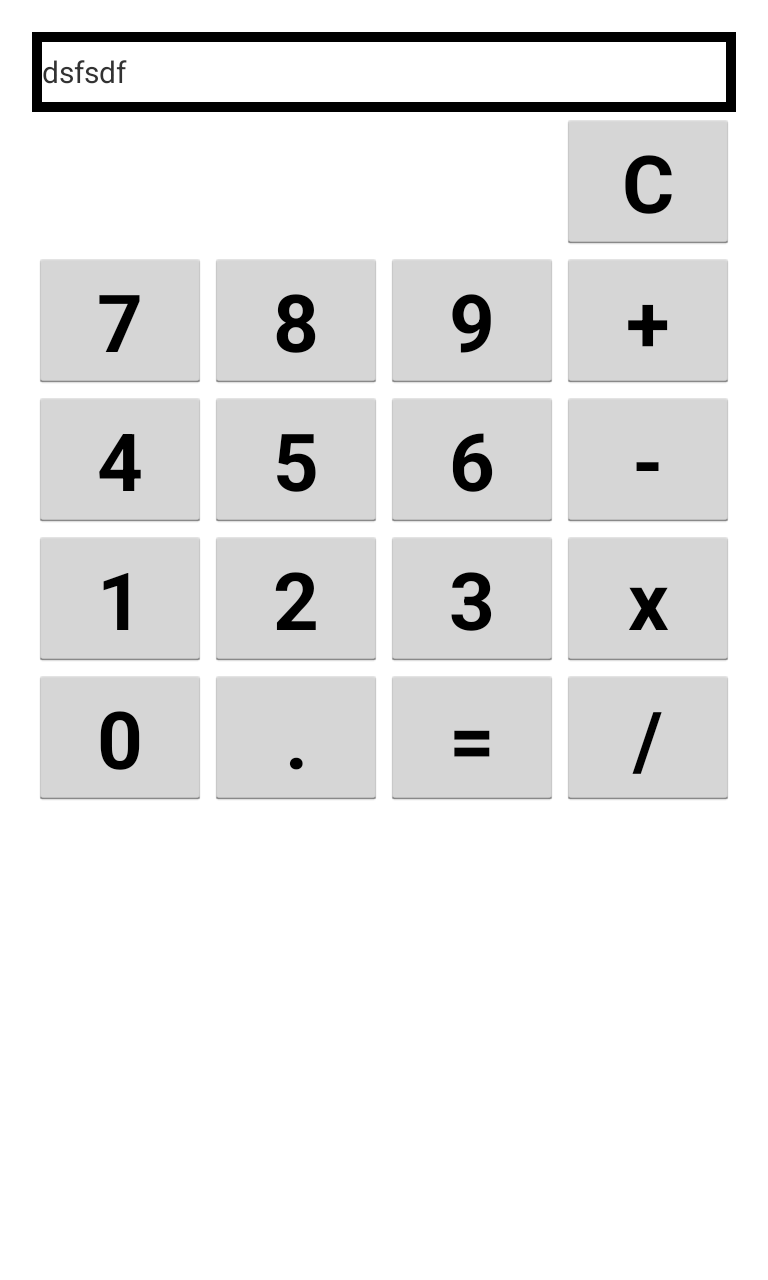
Repository: G3rcar/Android-I
Layout: SimpleCalculator/res/layout/activity_main.xml
The author's editor kept a copy of each file at every save. The layout is drawn from the files as they stood at one save, then again after a run of saves.
It is drawn on a 768 x 1280 px phone screen (xhdpi) without system bars, with theme AppTheme; the app's code is not run.

Above is the layout before, as saved 2013-11-08 21:43:11.

### SimpleCalculator/res/layout/activity_main.xml
<ScrollView xmlns:android="http://schemas.android.com/apk/res/android"
    xmlns:tools="http://schemas.android.com/tools"
    android:id="@+id/ScrollView1"
    android:layout_width="match_parent"
    android:layout_height="wrap_content"
    android:paddingBottom="@dimen/activity_vertical_margin"
    android:paddingLeft="@dimen/activity_horizontal_margin"
    android:paddingRight="@dimen/activity_horizontal_margin"
    android:paddingTop="@dimen/activity_vertical_margin" >



    <LinearLayout
        android:layout_width="match_parent"
        android:layout_height="wrap_content"
        android:orientation="vertical" >

          <TextView
              android:id="@+id/txvOperaciones"
              android:layout_width="match_parent"
              android:layout_height="40dp"
              style="@style/operacionesTexto"
              android:text="dsfsdf" />

          <LinearLayout
              android:layout_width="match_parent"
              android:layout_height="wrap_content" >

              <TextView
                  android:id="@+id/txvResultado"
                  style="@style/resultadoNumero"
                  android:layout_width="0dp"
                  android:layout_height="match_parent"
                  android:layout_weight="3" />

              <Button
                  android:id="@+id/button1"
                  style="@style/botonNumero"
                  android:layout_width="0dp"
                  android:layout_height="wrap_content"
                  android:layout_weight="1"
                  android:text="@string/lblClear" />

          </LinearLayout>

          <LinearLayout
              android:layout_width="match_parent"
              android:layout_height="match_parent" >

              <Button
                  android:id="@+id/btnSiete"
                  style="@style/botonNumero"
                  android:layout_width="0dp"
                  android:layout_height="wrap_content"
                  android:layout_weight="1"
                  android:text="@string/lblNumSiete" />

              <Button
                  android:id="@+id/btnOcho"
                  style="@style/botonNumero"
                  android:layout_width="0dp"
                  android:layout_height="wrap_content"
                  android:layout_weight="1"
                  android:text="@string/lblNumOcho" />

              <Button
                  android:id="@+id/btnNueve"
                  style="@style/botonNumero"
                  android:layout_width="0dp"
                  android:layout_height="wrap_content"
                  android:layout_weight="1"
                  android:text="@string/lblNumNueve" />

              <Button
                  android:id="@+id/btnMas"
                  style="@style/botonNumero"
                  android:layout_width="0dp"
                  android:layout_height="wrap_content"
                  android:layout_weight="1"
                  android:text="@string/lblMas" />

          </LinearLayout>

          <LinearLayout
              android:layout_width="match_parent"
              android:layout_height="match_parent" >

              <Button
                  android:id="@+id/btnCuatro"
                  style="@style/botonNumero"
                  android:layout_width="0dp"
                  android:layout_height="wrap_content"
                  android:layout_weight="1"
                  android:text="@string/lblNumCuatro" />

              <Button
                  android:id="@+id/btnCinco"
                  style="@style/botonNumero"
                  android:layout_width="0dp"
                  android:layout_height="wrap_content"
                  android:layout_weight="1"
                  android:text="@string/lblNumCinco" />

              <Button
                  android:id="@+id/btnSeis"
                  style="@style/botonNumero"
                  android:layout_width="0dp"
                  android:layout_height="wrap_content"
                  android:layout_weight="1"
                  android:text="@string/lblNumSeis" />

              <Button
                  android:id="@+id/btnMenos"
                  style="@style/botonNumero"
                  android:layout_width="0dp"
                  android:layout_height="wrap_content"
                  android:layout_weight="1"
                  android:text="@string/lblMenos" />

          </LinearLayout>

          <LinearLayout
              android:layout_width="match_parent"
              android:layout_height="match_parent" >

              <Button
                  android:id="@+id/btnUno"
                  style="@style/botonNumero"
                  android:layout_width="0dp"
                  android:layout_height="wrap_content"
                  android:layout_weight="1"
                  android:text="@string/lblNumUno" />

              <Button
                  android:id="@+id/btnDos"
                  style="@style/botonNumero"
                  android:layout_width="0dp"
                  android:layout_height="wrap_content"
                  android:layout_weight="1"
                  android:text="@string/lblNumDos" />

              <Button
                  android:id="@+id/btnTres"
                  style="@style/botonNumero"
                  android:layout_width="0dp"
                  android:layout_height="wrap_content"
                  android:layout_weight="1"
                  android:text="@string/lblNumTres" />

              <Button
                  android:id="@+id/btnMultiplicacion"
                  style="@style/botonNumero"
                  android:layout_width="0dp"
                  android:layout_height="wrap_content"
                  android:layout_weight="1"
                  android:text="@string/lblMultiplicacion" />

          </LinearLayout>

          <LinearLayout
              android:layout_width="match_parent"
              android:layout_height="match_parent" >

              <Button
                  android:id="@+id/btnCero"
                  style="@style/botonNumero"
                  android:layout_width="0dp"
                  android:layout_height="wrap_content"
                  android:layout_weight="1"
                  android:text="@string/lblNumCero" />

              <Button
                  android:id="@+id/btnPunto"
                  style="@style/botonNumero"
                  android:layout_width="0dp"
                  android:layout_height="wrap_content"
                  android:layout_weight="1"
                  android:text="@string/lblPunto" />

              <Button
                  android:id="@+id/btnIgual"
                  style="@style/botonNumero"
                  android:layout_width="0dp"
                  android:layout_height="wrap_content"
                  android:layout_weight="1"
                  android:text="@string/lblIgual" />

              <Button
                  android:id="@+id/btnDivision"
                  style="@style/botonNumero"
                  android:layout_width="0dp"
                  android:layout_height="wrap_content"
                  android:layout_weight="1"
                  android:text="@string/lblDivision" />

          </LinearLayout>

    </LinearLayout>

</ScrollView>

### SimpleCalculator/res/values/styles.xml
<resources xmlns:android="http://schemas.android.com/apk/res/android">

    <!--
        Base application theme, dependent on API level. This theme is replaced
        by AppBaseTheme from res/values-vXX/styles.xml on newer devices.
    -->
    <style name="AppBaseTheme" parent="android:Theme.Light">
        <!--
            Theme customizations available in newer API levels can go in
            res/values-vXX/styles.xml, while customizations related to
            backward-compatibility can go here.
        -->
    </style>

    <!-- Application theme. -->
    <style name="AppTheme" parent="AppBaseTheme">
        <!-- All customizations that are NOT specific to a particular API-level can go here. -->
    </style>
    <style name="botonNumero">
        <item name="android:textSize">40sp</item>
        <item name="android:textStyle">bold</item>
    </style>

    <style name="resultadoNumero">
        <item name="android:textSize">35sp</item>
        <item name="android:gravity">right|center</item>
        <item name="android:paddingRight">5dp</item>
    </style>
    <style name="operacionesTexto">
        <item name="android:textSize">15sp</item>
        <item name="android:gravity">left|center</item>
        <item name="android:paddingLeft">5dp</item>
        <item name="android:background">@drawable/border</item>

    </style>



</resources>

### SimpleCalculator/res/values/strings.xml
<?xml version="1.0" encoding="utf-8"?>
<resources>

    <string name="app_name">Simple Calculator</string>
    <string name="action_settings">Settings</string>
    <string name="hello_world">Hello world!</string>
    <string name="lblNumSiete">7</string>
    <string name="lblNumOcho">8</string>
    <string name="lblNumNueve">9</string>
    <string name="lblMas">+</string>
    <string name="lblNumCuatro">4</string>
    <string name="lblNumCinco">5</string>
    <string name="lblNumSeis">6</string>
    <string name="lblMenos">-</string>
    <string name="lblNumUno">1</string>
    <string name="lblNumDos">2</string>
    <string name="lblNumTres">3</string>
    <string name="lblMultiplicacion">x</string>
    <string name="lblNumCero">0</string>
    <string name="lblPunto">.</string>
    <string name="lblIgual">=</string>
    <string name="lblDivision">/</string>
    <string name="lblClear">C</string>

</resources>

### SimpleCalculator/res/drawable/border.xml
<?xml version="1.0" encoding="utf-8"?>
<shape xmlns:android="http://schemas.android.com/apk/res/android" >
	<solid android:color="#ffffff" />
	<stroke android:width="5dip" android:color="#FF000000"/>

</shape>

Loaded but not shown: SimpleCalculator/res/values-v11/styles.xml (common file); SimpleCalculator/res/values-v14/styles.xml (common file); SimpleCalculator/res/values/dimens.xml (common file)

After the next 2 saves:
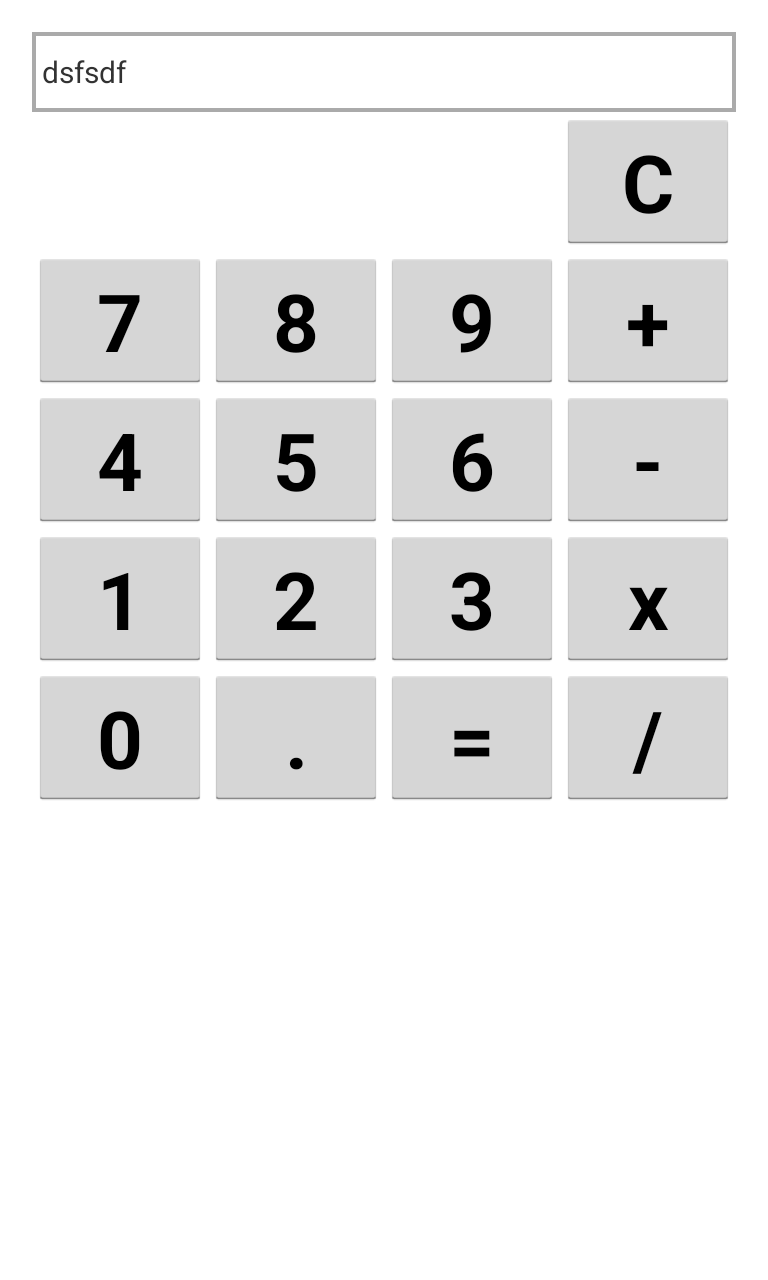
The 2 saves are shown as one change because they came seconds apart.
The last was saved 13 s later.
--- a/SimpleCalculator/res/drawable/border.xml
+++ b/SimpleCalculator/res/drawable/border.xml
@@ -1,6 +1,6 @@
 <?xml version="1.0" encoding="utf-8"?>
 <shape xmlns:android="http://schemas.android.com/apk/res/android" >
 	<solid android:color="#ffffff" />
-	<stroke android:width="5dip" android:color="#FF000000"/>
+	<stroke android:width="2dip" android:color="#AAAAAA"/>
 
 </shape>
